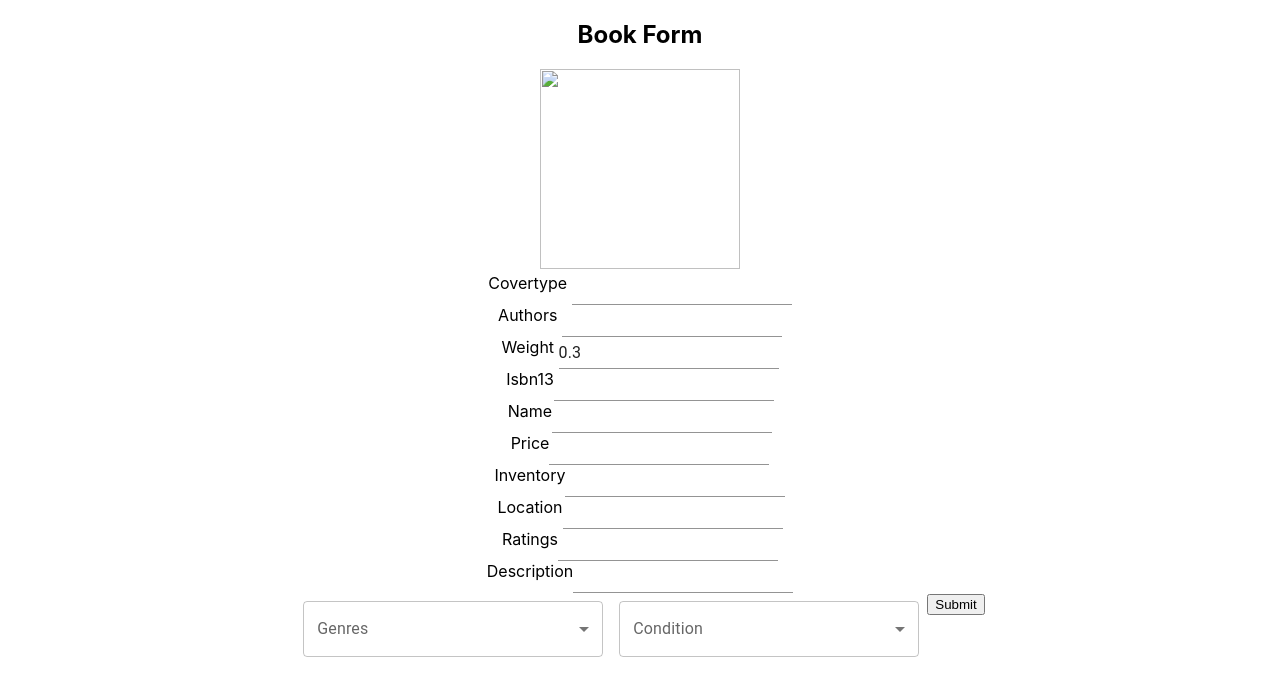
Repository: rishhabh-jain/isbndb
Page: /
The author's editor kept a copy of each file at every save. The page is drawn from the files as they stood at one save, then again after the next save.
The browser window is 1280 px wide. The pictures show the whole page.
The project was rebuilt for these pictures with package versions that can differ from the ones it lists, and the page was loaded fresh each time.

Above is the page before, as saved 2022-02-07 15:57:47.

After the next save:
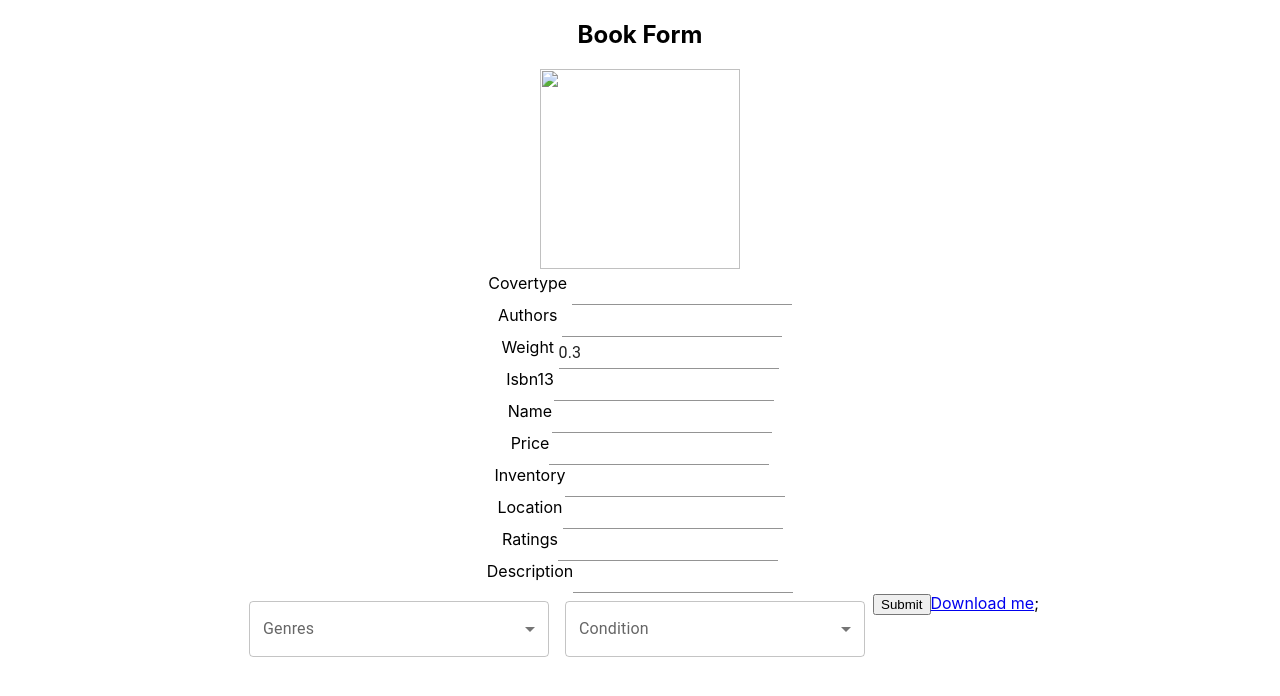
Saved 2 min 17 s later.
--- a/src/App.js
+++ b/src/App.js
@@ -357,6 +357,7 @@ function App() {
               </Select>
             </FormControl>
             <button type="submit" onSubmit={onSubmit}>Submit</button>
+            <CSVLink data={csvData}>Download me</CSVLink>;
           </form>
         )}
       />
